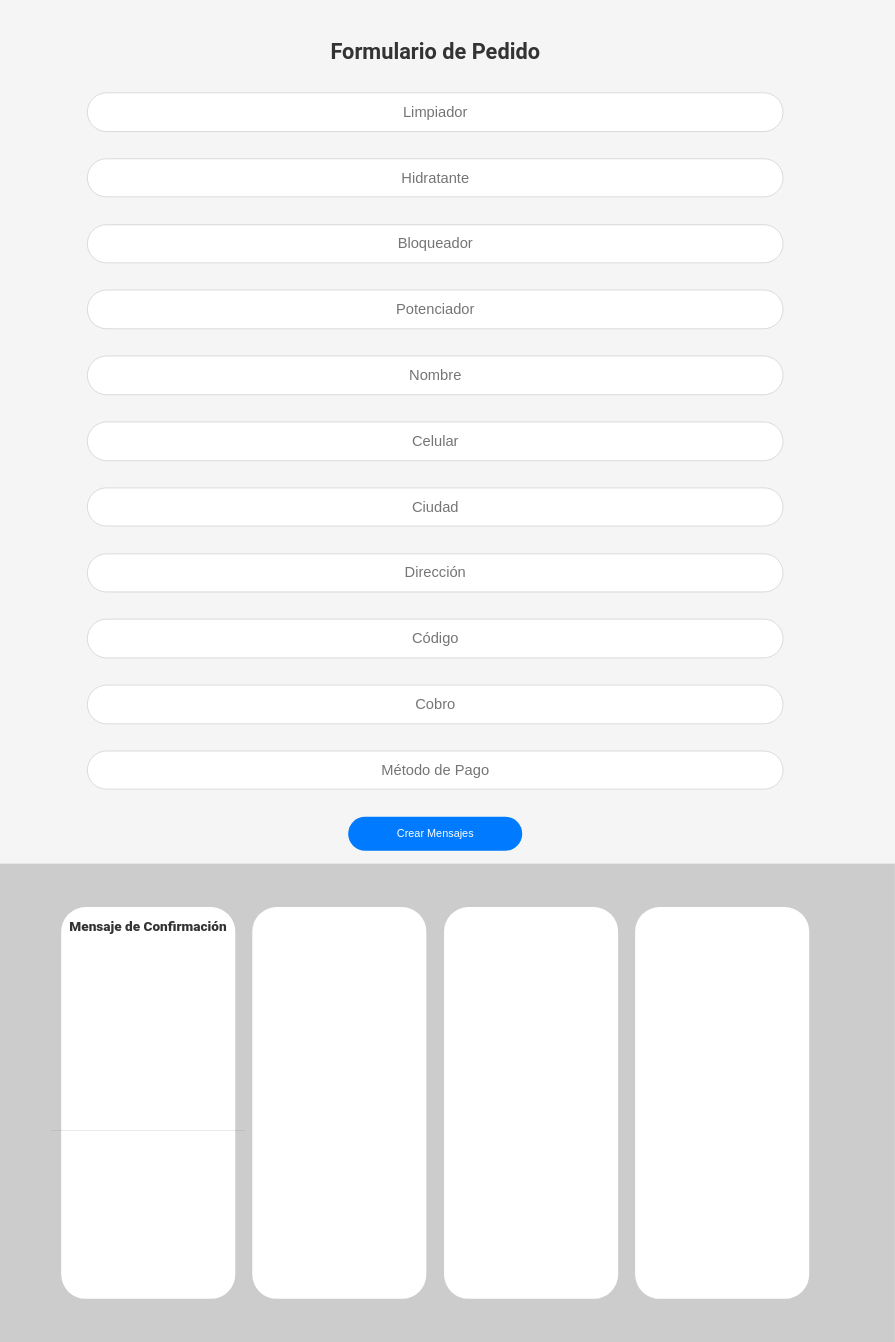
Repository: aCoupon0/intranet
Page: 1/venta-1.html
An editor plug-in stored every save of this project. The page is shown before and after the next save, followed by the edit.
The browser window is 1280 px wide. The page is 1316 px wide, so the pictures cover 1316 px, including what lies to the right of the window. The pictures show the whole page, at 68% of full size.

Above is the page before, as saved 2024-12-09 12:42:03.

After the next save:
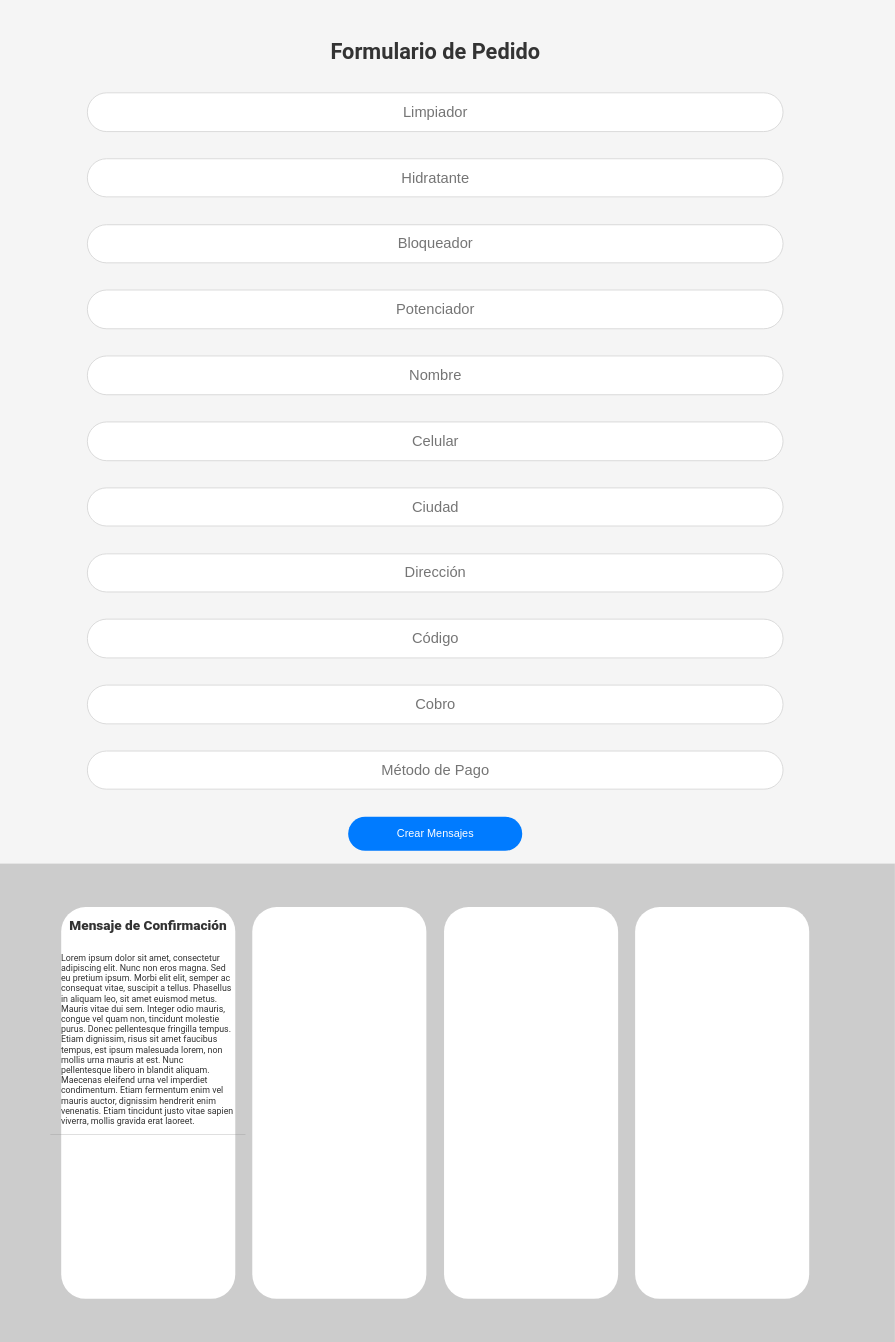
Saved 32 s later.
--- a/1/venta-1.html
+++ b/1/venta-1.html
@@ -34,7 +34,7 @@
     <div class="primera-fase">
         <div class="section-dual">
             <div class="section-dual-title">Mensaje de Confirmación</div>
-            <div class="section-dual-1"></div>
+            <div class="section-dual-1">Lorem ipsum dolor sit amet, consectetur adipiscing elit. Nunc non eros magna. Sed eu pretium ipsum. Morbi elit elit, semper ac consequat vitae, suscipit a tellus. Phasellus in aliquam leo, sit amet euismod metus. Mauris vitae dui sem. Integer odio mauris, congue vel quam non, tincidunt molestie purus. Donec pellentesque fringilla tempus. Etiam dignissim, risus sit amet faucibus tempus, est ipsum malesuada lorem, non mollis urna mauris at est. Nunc pellentesque libero in blandit aliquam. Maecenas eleifend urna vel imperdiet condimentum. Etiam fermentum enim vel mauris auctor, dignissim hendrerit enim venenatis. Etiam tincidunt justo vitae sapien viverra, mollis gravida erat laoreet.</div>
             <div class="section-dual-2"></div>
         </div>
         <div class="section-dual"></div>
